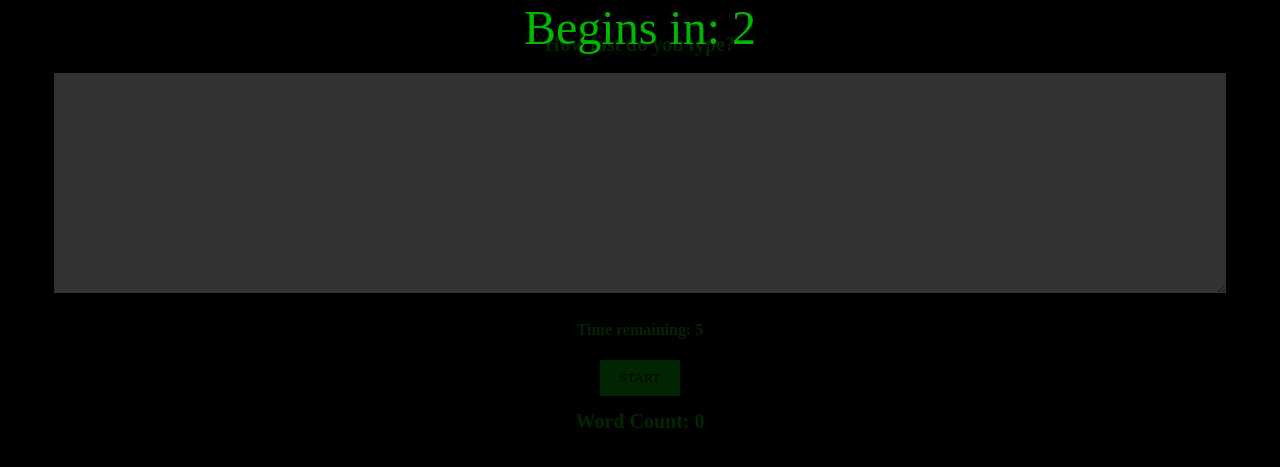
Repository: Lakshyyaa/Speed-Test
Page: /, after clicking the first element matching `button`
An editor plug-in stored every save of this project. The page is shown before and after the next save, followed by the edit.
The browser window is 1280 px wide. The pictures show the whole page.
The page's requests for data from a server got no answer. The project was rebuilt for these pictures with package versions that can differ from the ones it lists, and the page was loaded fresh each time. No one was signed in, and anything a server would have sent is missing. Also part of the build but not shown: src/Logic.js.

Above is the page before, as saved 2023-04-05 15:45:25.

After the next save:
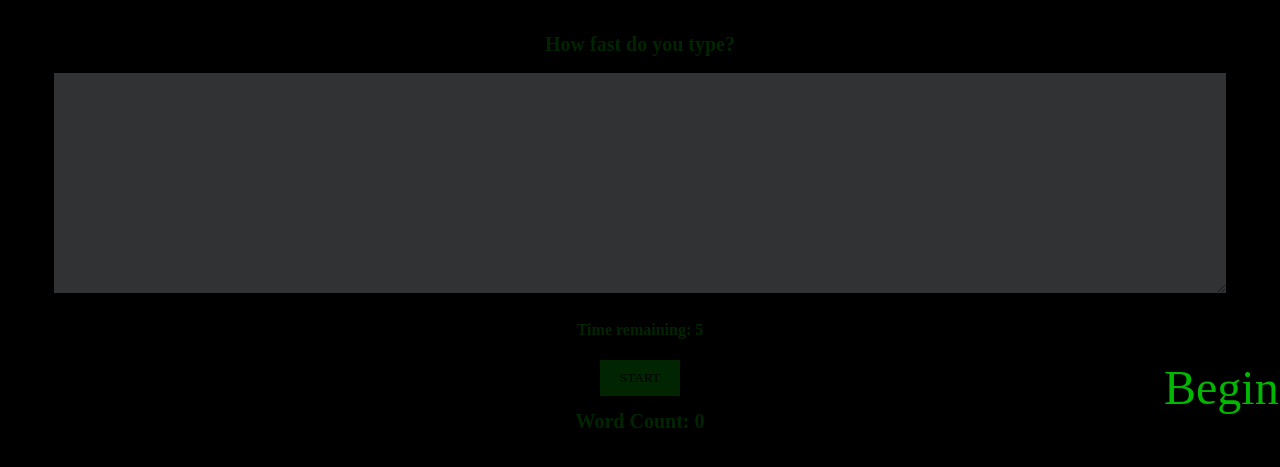
Saved 24 s later.
--- a/src/styles.css
+++ b/src/styles.css
@@ -14,7 +14,7 @@ body {
     position: fixed;
     top: 50%;
     left: 50%;
-    transform: translate(-50%, -50%);
+    /* transform: translate(-50%, -50%); */
     font-size: 3rem;
     display: none;
     height: 100%;
